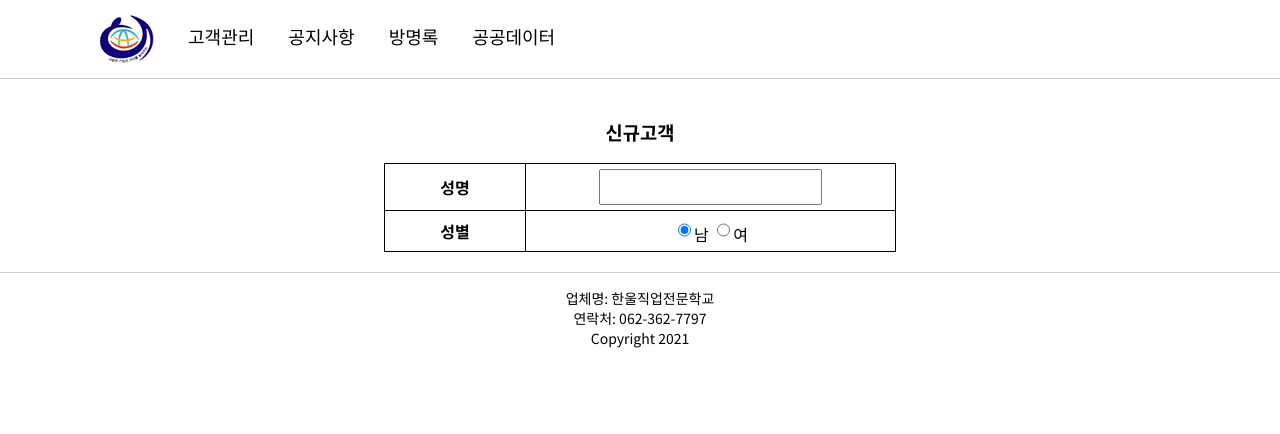
Repository: JSY93/spring-web
Page: http://localhost/iot/WEB-INF/views/customer/new.jsp
These files come from the project's save history. The page is drawn as it stood at one moment and after the next save; the edit follows.
The browser window is 1280 px wide. The pictures show the whole page.
The page is served by Tomcat 9. Nobody is signed in. Other server files are loaded and not shown. The template is opened directly, without the code that normally fills it, so the values that code supplies are empty.

Above is the page before, as saved 2021-01-12 05:26:59.

### Study_Spring/iot/src/main/webapp/WEB-INF/views/customer/new.jsp
<%@ page language="java" contentType="text/html; charset=UTF-8" pageEncoding="UTF-8"%>
<!DOCTYPE html>
<html>
<head>
<meta charset="UTF-8">
<title>Insert title here</title>
</head>
<body>
<jsp:include page="/WEB-INF/views/include/header.jsp"/>
<div id='content'>
<h3>신규고객</h3>
<form>
<table class='w-pct40'>
<tr><th class='w-px120'>성명</th>
	<td><input type='text' name='name' /></td>
</tr>
<tr><th>성별</th>
	<td><label><input type='radio' checked name='gender' value='남'/>남</label>
		<label><input type='radio' name='gender' value='여'/>여</label>
	</td>
</tr>
</table>

</form>



</div>
<jsp:include page="/WEB-INF/views/include/footer.jsp"/>

</body>
</html>

### Study_Spring/iot/src/main/webapp/WEB-INF/views/include/header.jsp
<%@ page language="java" contentType="text/html; charset=UTF-8"
    pageEncoding="UTF-8"%>
<%@ taglib prefix="c" uri="http://java.sun.com/jsp/jstl/core" %>
<link rel='stylesheet' type='text/css'
		href='css/common.css?v=<%=new java.util.Date().getTime() %>'>
<header style='border-bottom:1px solid #ccc; padding:15px 0; text-align:left'>
	<div class='category' style='margin-left:100px'>
	<ul>
		<li><a href='<c:url value="/" />'><img src='imgs/hanul.logo.png'/></a></li>
		<li><a class="${category eq 'cu' ? 'active' : ''}" href='list.cu'>고객관리</a></li>
		<li><a class="${category eq 'no' ? 'active' : ''}" href='list.no'>공지사항</a></li>
		<li><a class="${category eq 'bo' ? 'active' : ''}" href='list.bo'>방명록</a></li>
		<li><a class="${category eq 'da' ? 'active' : ''}" href='list.da'>공공데이터</a></li>
	</ul>
	</div>
</header>
<style>
header ul, header ul li {
	margin:0; padding:0; display:inline }
.category { font-size:18px }
.category li:not(:first-child) { padding-left:30px }
.category li a:hover,
.category li a.active { font-weight:bold; color:#0000cd; }
</style>

### Study_Spring/iot/src/main/webapp/WEB-INF/views/include/footer.jsp
<%@ page language="java" contentType="text/html; charset=UTF-8"
    pageEncoding="UTF-8"%>
<footer style='font-size:14px; border-top:1px solid #ccc; padding:15px 0;'>
	<div>업체명: 한울직업전문학교</div>
	<div>연락처: 062-362-7797</div>
	<div>Copyright 2021</div>
</footer>

### Study_Spring/iot/src/main/webapp/resources/css/common.css
@charset "UTF-8";
@import url('https://fonts.googleapis.com/css2?family=Noto+Sans+KR&display=swap');

body{
	margin:0 auto;
	text-align:center;
	font-family: 'Noto Sans KR', sans-serif;
}
a:link, a:visited { text-decoration:none; color:#000; }
#content{ padding:20px 0; min-width:1280px; }
img { vertical-align:middle; }

table {
	width:80%;
	margin:0 auto;
	border:1px solid;
	border-collapse:collapse;
}
table th, table td {
	border:1px solid;
	padding: 5px 10px;
}

.btnSet { margin-top:20px; }
a.btn-fill, a.btn-empty {
	text-align:center;
	padding: 3px 10px;
	border:1px solid #3367d6;
	border-radius:3px;
}
a.btn-fill {
	background-color: #3367d6;
	color: #fff;
}
a.btn-empty {
	background-color: #fff;
	color: #3367d6;
}

input {
	height:22px; padding: 5px 10px;
	font-size:15px;
}


.w-pct80 { width:80% }
.w-pct60 { width:60% }
.w-pct50 { width:50% }
.w-pct40 { width:40% }
.w-px300 { width:300px; }
.w-px200 { width:200px; }
.w-px100 { width:100px; }
.w-px80 { width:80px; }
.w-px60 { width:60px; }
.w-px40 { width:40px; }
.w-px180 { width:180px; }
.w-px160 { width:160px; }
.w-px140 { width:140px; }
.w-px120 { width:120px; }

After the next save:
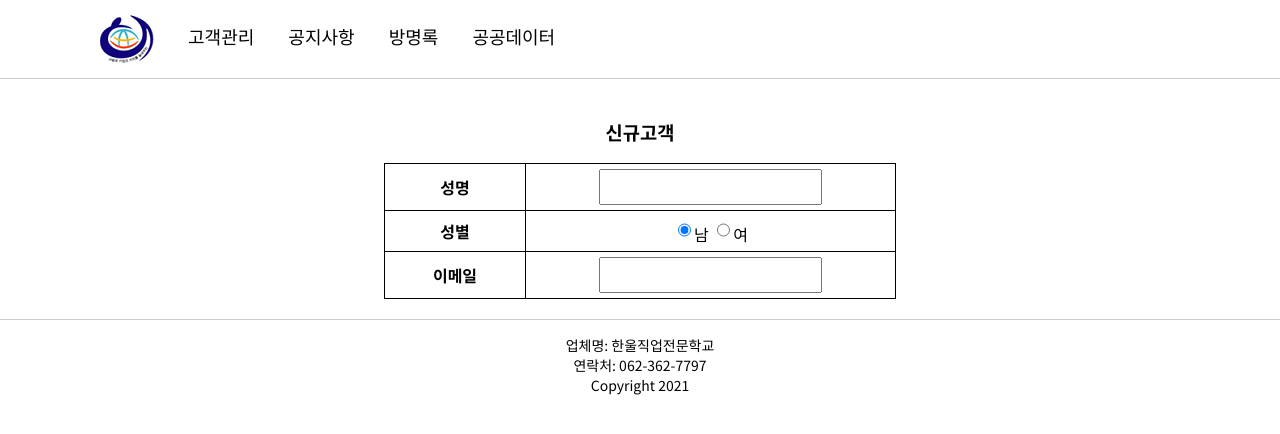
Saved 75 s later.
--- a/Study_Spring/iot/src/main/webapp/WEB-INF/views/customer/new.jsp
+++ b/Study_Spring/iot/src/main/webapp/WEB-INF/views/customer/new.jsp
@@ -19,6 +19,9 @@
 		<label><input type='radio' name='gender' value='여'/>여</label>
 	</td>
 </tr>
+<tr><th>이메일</th>
+	<td><input type='text' name='email' /></td>
+</tr>
 </table>
 
 </form>
